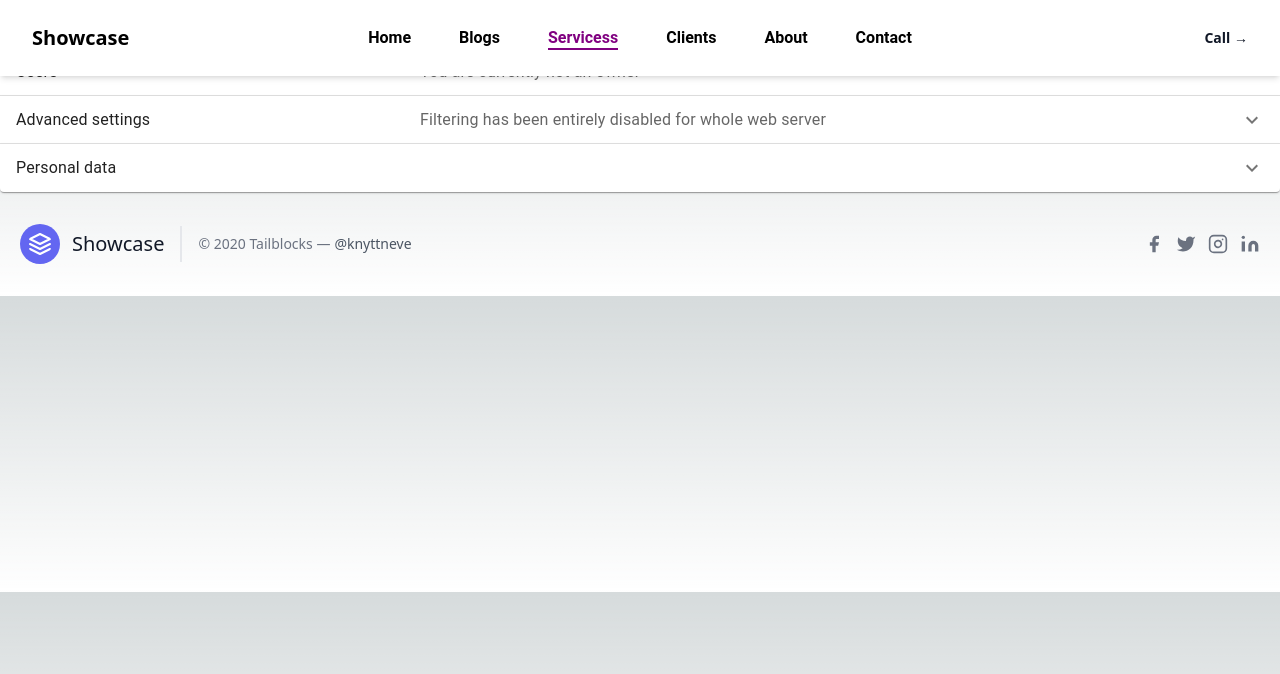
Repository: prashant523580/showcase
Page: /services
These files come from the project's save history. The page is drawn as it stood at one moment and after the next save; the edit follows.
The browser window is 1280 px wide. The pictures show the whole page.
The project was rebuilt for these pictures with package versions that can differ from the ones it lists, and the page was loaded fresh each time. The framework's server and built-in components were replaced by stand-ins that run in the browser. Also part of the build but not shown: next.config.js.

Above is the page before, as saved 2023-03-25 17:50:16.

### src/pages/_app.tsx
import Footer from '@/components/Footer'
import Navbar from '@/components/Navbar'
import React from "react";
import '@/styles/globals.css'
import type { AppProps } from 'next/app'
import AOS from "aos";
import "aos/dist/aos.css"
export default function App({ Component, pageProps }: AppProps) {
  React.useEffect(()=>{
      AOS.init()
  },[])
  return(
<>
    <Navbar/>
    <Component {...pageProps} />
    <Footer/>
</>
    )
}

### src/pages/services.tsx
import * as React from 'react';
import Accordion from '@mui/material/Accordion';
import AccordionDetails from '@mui/material/AccordionDetails';
import AccordionSummary from '@mui/material/AccordionSummary';
import Typography from '@mui/material/Typography';
import ExpandMoreIcon from '@mui/icons-material/ExpandMore';
const services = [
    {
        id:"1",
        label: "Service 1",
        icon:"icon",
        description:"serices description"
    },
    {
        id:"2",
        label: "Service 1",
        icon:"icon",
        description:"serices description"
    },
    {
        id:"3",
        label: "Service 1",
        icon:"icon",
        description:"serices description"
    },
    {
        id:"4",
        label: "Service 1",
        icon:"icon",
        description:"serices description"
    },
    {
        id:"5",
        label: "Service 1",
        icon:"icon",
        description:"serices description"
    },
    {
        id:"6",
        label: "Service 1",
        icon:"icon",
        description:"serices description"
    },
    {
        id:"7",
        label: "Service 1",
        icon:"icon",
        description:"serices description"
    },
]
export default function Sercices() {
  const [expanded, setExpanded] = React.useState<string | false>(false);

  const handleChange =
    (panel: string) => (event: React.SyntheticEvent, isExpanded: boolean) => {
      setExpanded(isExpanded ? panel : false);
    };

  return (
    <div>
      <Accordion expanded={expanded === 'panel1'} onChange={handleChange('panel1')}>
        <AccordionSummary
          expandIcon={<ExpandMoreIcon />}
          aria-controls="panel1bh-content"
          id="panel1bh-header"
        >
          <Typography sx={{ width: '33%', flexShrink: 0 }}>
            General settings
          </Typography>
          <Typography sx={{ color: 'text.secondary' }}>I am an accordion</Typography>
        </AccordionSummary>
        <AccordionDetails>
          <Typography>
            Nulla facilisi. Phasellus sollicitudin nulla et quam mattis feugiat.
            Aliquam eget maximus est, id dignissim quam.
          </Typography>
        </AccordionDetails>
      </Accordion>
      <Accordion expanded={expanded === 'panel2'} onChange={handleChange('panel2')}>
        <AccordionSummary
          expandIcon={<ExpandMoreIcon />}
          aria-controls="panel2bh-content"
          id="panel2bh-header"
        >
          <Typography sx={{ width: '33%', flexShrink: 0 }}>Users</Typography>
          <Typography sx={{ color: 'text.secondary' }}>
            You are currently not an owner
          </Typography>
        </AccordionSummary>
        <AccordionDetails>
          <Typography>
            Donec placerat, lectus sed mattis semper, neque lectus feugiat lectus,
            varius pulvinar diam eros in elit. Pellentesque convallis laoreet
            laoreet.
          </Typography>
        </AccordionDetails>
      </Accordion>
      <Accordion expanded={expanded === 'panel3'} onChange={handleChange('panel3')}>
        <AccordionSummary
          expandIcon={<ExpandMoreIcon />}
          aria-controls="panel3bh-content"
          id="panel3bh-header"
        >
          <Typography sx={{ width: '33%', flexShrink: 0 }}>
            Advanced settings
          </Typography>
          <Typography sx={{ color: 'text.secondary' }}>
            Filtering has been entirely disabled for whole web server
          </Typography>
        </AccordionSummary>
        <AccordionDetails>
          <Typography>
            Nunc vitae orci ultricies, auctor nunc in, volutpat nisl. Integer sit
            amet egestas eros, vitae egestas augue. Duis vel est augue.
          </Typography>
        </AccordionDetails>
      </Accordion>
      <Accordion expanded={expanded === 'panel4'} onChange={handleChange('panel4')}>
        <AccordionSummary
          expandIcon={<ExpandMoreIcon />}
          aria-controls="panel4bh-content"
          id="panel4bh-header"
        >
          <Typography sx={{ width: '33%', flexShrink: 0 }}>Personal data</Typography>
        </AccordionSummary>
        <AccordionDetails>
          <Typography>
            Nunc vitae orci ultricies, auctor nunc in, volutpat nisl. Integer sit
            amet egestas eros, vitae egestas augue. Duis vel est augue.
          </Typography>
        </AccordionDetails>
      </Accordion>
    </div>
  );
}

### src/components/Footer.tsx
import React from 'react'

export default function Footer() {
  return (
    <footer className="text-gray-600 body-font">
  <div className="container px-5 py-8 mx-auto flex items-center sm:flex-row flex-col">
    <a className="flex title-font font-medium items-center md:justify-start justify-center text-gray-900">
      <svg xmlns="http://www.w3.org/2000/svg" fill="none" stroke="currentColor" stroke-linecap="round" stroke-linejoin="round" stroke-width="2" className="w-10 h-10 text-white p-2 bg-indigo-500 rounded-full" viewBox="0 0 24 24">
        <path d="M12 2L2 7l10 5 10-5-10-5zM2 17l10 5 10-5M2 12l10 5 10-5"></path>
      </svg>
      <span className="ml-3 text-xl">Showcase</span>
    </a>
    <p className="text-sm text-gray-500 sm:ml-4 sm:pl-4 sm:border-l-2 sm:border-gray-200 sm:py-2 sm:mt-0 mt-4">© 2020 Tailblocks —
      <a href="https://twitter.com/knyttneve" className="text-gray-600 ml-1" rel="noopener noreferrer" target="_blank">@knyttneve</a>
    </p>
    <span className="inline-flex sm:ml-auto sm:mt-0 mt-4 justify-center sm:justify-start">
      <a className="text-gray-500">
        <svg fill="currentColor" stroke-linecap="round" stroke-linejoin="round" stroke-width="2" className="w-5 h-5" viewBox="0 0 24 24">
          <path d="M18 2h-3a5 5 0 00-5 5v3H7v4h3v8h4v-8h3l1-4h-4V7a1 1 0 011-1h3z"></path>
        </svg>
      </a>
      <a className="ml-3 text-gray-500">
        <svg fill="currentColor" stroke-linecap="round" stroke-linejoin="round" stroke-width="2" className="w-5 h-5" viewBox="0 0 24 24">
          <path d="M23 3a10.9 10.9 0 01-3.14 1.53 4.48 4.48 0 00-7.86 3v1A10.66 10.66 0 013 4s-4 9 5 13a11.64 11.64 0 01-7 2c9 5 20 0 20-11.5a4.5 4.5 0 00-.08-.83A7.72 7.72 0 0023 3z"></path>
        </svg>
      </a>
      <a className="ml-3 text-gray-500">
        <svg fill="none" stroke="currentColor" stroke-linecap="round" stroke-linejoin="round" stroke-width="2" className="w-5 h-5" viewBox="0 0 24 24">
          <rect width="20" height="20" x="2" y="2" rx="5" ry="5"></rect>
          <path d="M16 11.37A4 4 0 1112.63 8 4 4 0 0116 11.37zm1.5-4.87h.01"></path>
        </svg>
      </a>
      <a className="ml-3 text-gray-500">
        <svg fill="currentColor" stroke="currentColor" stroke-linecap="round" stroke-linejoin="round" stroke-width="0" className="w-5 h-5" viewBox="0 0 24 24">
          <path stroke="none" d="M16 8a6 6 0 016 6v7h-4v-7a2 2 0 00-2-2 2 2 0 00-2 2v7h-4v-7a6 6 0 016-6zM2 9h4v12H2z"></path>
          <circle cx="4" cy="4" r="2" stroke="none"></circle>
        </svg>
      </a>
    </span>
  </div>
</footer>
  )
}

### src/components/Navbar.tsx
// import React from 'react'

// export default function Navbar() {
//   return (
//     <header className="text-gray-600 body-font">
//   <div className="container mx-auto flex flex-wrap p-5 flex-col md:flex-row items-center">
//     <nav className="flex lg:w-2/5 flex-wrap items-center text-base md:ml-auto">
//       <a className="mr-5 hover:text-gray-900">First Link</a>
//       <a className="mr-5 hover:text-gray-900">Second Link</a>
//       <a className="mr-5 hover:text-gray-900">Third Link</a>
//       <a className="hover:text-gray-900">Fourth Link</a>
//     </nav>
//     <a className="flex order-first lg:order-none lg:w-1/5 title-font font-medium items-center text-gray-900 lg:items-center lg:justify-center mb-4 md:mb-0">
//       <svg xmlns="http://www.w3.org/2000/svg" fill="none" stroke="currentColor" stroke-linecap="round" stroke-linejoin="round" stroke-width="2" className="w-10 h-10 text-white p-2 bg-indigo-500 rounded-full" viewBox="0 0 24 24">
//         <path d="M12 2L2 7l10 5 10-5-10-5zM2 17l10 5 10-5M2 12l10 5 10-5"></path>
//       </svg>
//       <span className="ml-3 text-xl">Tailblocks</span>
//     </a>
//     <div className="lg:w-2/5 inline-flex lg:justify-end ml-5 lg:ml-0">
//       <button className="inline-flex items-center bg-gray-100 border-0 py-1 px-3 focus:outline-none hover:bg-gray-200 rounded text-base mt-4 md:mt-0">Button
//         <svg fill="none" stroke="currentColor" stroke-linecap="round" stroke-linejoin="round" stroke-width="2" className="w-4 h-4 ml-1" viewBox="0 0 24 24">
//           <path d="M5 12h14M12 5l7 7-7 7"></path>
//         </svg>
//       </button>
//     </div>
//   </div>
// </header>
//   )
// }
import React, { useState } from 'react'
import {useRouter} from "next/router"
import { Dialog } from '@headlessui/react'
import { Bars3Icon, XMarkIcon } from '@heroicons/react/24/outline'
import Link from 'next/link'

const navigation = [
  { name: 'Home', href: '/' },
  { name: 'Blogs', href: '/blogs' },
  { name: 'Servicess', href: '/services' },
  { name: 'Clients', href: '/clients' },
  { name: 'About', href: '/about' },
  { name: 'Contact', href: '/contact' },
]
function ActiveLink({ children, href } : any) {
  const router = useRouter();
  const style = {
      // padding: 10,
    // marginRight: 10,
    fontWeight:"bold",
    color: router.asPath === href ? 'purple' : 'black',
    boxShadow:  router.asPath === href ? "inset 0 -2px 0 0 purple" : "none",
    fontFamily: "'Roboto', sans-serif",
  }

  const handleClick = (e : any) => {
    e.preventDefault()
    router.push(href)
  }

  return (
    <a href={href} onClick={handleClick} style={style}>
      {children}
    </a>
  )
}
export default function Example() {
  const [mobileMenuOpen, setMobileMenuOpen] = useState(false)

  return (
    <div className="bg-white">
      <header className="absolute shadow-md bg-white inset-x-0 top-0 z-50">
        <nav className="flex items-center justify-between p-6 lg:px-8" aria-label="Global">
          <div className="flex lg:flex-1">
            <Link href="/" className="-m-1.5 p-1.5">
              <span className="sr-only">Showcase</span>
              {/* <img
                className="h-8 w-auto"
                src="https://tailwindui.com/img/logos/mark.svg?color=indigo&shade=600"
                alt=""
              /> */}
              <h1 className='font-bold text-xl'>Showcase</h1>
            </Link>
          </div>
          <div className="flex lg:hidden">
            <button
              type="button"
              className="-m-2.5 inline-flex items-center justify-center rounded-md p-2.5 text-gray-700"
              onClick={() => setMobileMenuOpen(true)}
            >
              <span className="sr-only">Open main menu</span>
              <Bars3Icon className="h-6 w-6" aria-hidden="true" />
            </button>
          </div>
          <div className="hidden lg:flex lg:gap-x-12">
            {navigation.map((item) => (
              <ActiveLink key={item.name} href={item.href}>
                {item.name}
              </ActiveLink>
            ))}
          </div>
          <div className="hidden lg:flex lg:flex-1 lg:justify-end">
            <Link href="tel:+9779816514719" className="text-sm font-semibold leading-6 text-gray-900">
              Call <span aria-hidden="true">&rarr;</span>
            </Link>
          </div>
        </nav>
        <Dialog as="div" className="lg:hidden transition-all" open={mobileMenuOpen} onClose={setMobileMenuOpen}>
          <div className="fixed inset-0 z-50  transition-all" />
          <Dialog.Panel className="fixed transition-all inset-y-0 right-0 z-50 w-full overflow-y-auto bg-white px-6 py-6 sm:max-w-sm sm:ring-1 sm:ring-gray-900/10">
            <div className="flex items-center justify-between">
              <Link href="#" className="-m-1.5 p-1.5">
                <span className="sr-only">Showcase</span>
                <img
                  className="h-8 w-auto"
                  src="https://tailwindui.com/img/logos/mark.svg?color=indigo&shade=600"
                  alt=""
                />
              </Link>
              <button
                type="button"
                className="-m-2.5 rounded-md p-2.5 text-gray-700"
                onClick={() => setMobileMenuOpen(false)}
              >
                <span className="sr-only">Close menu</span>
                <XMarkIcon className="h-6 w-6" aria-hidden="true" />
              </button>
            </div>
            <div className="mt-6 flow-root">
              <div className="-my-6 divide-y divide-gray-500/10">
                <div className="space-y-2 py-6">
                  {navigation.map((item) => (
                    <Link
                      key={item.name}
                      href={item.href}
                      className="-mx-3 block rounded-lg py-2 px-3 text-base font-semibold leading-7 text-gray-900 hover:bg-gray-50"
                    >
                      {item.name}
                    </Link>
                  ))}
                </div>
                <div className="py-6">
                  <Link
                    href="#"
                    className="-mx-3 block rounded-lg py-2.5 px-3 text-base font-semibold leading-7 text-gray-900 hover:bg-gray-50"
                  >
                    Log in
                  </Link>
                </div>
              </div>
            </div>
          </Dialog.Panel>
        </Dialog>
      </header>


    </div>
  )
}

### src/styles/globals.css
@tailwind base;
@tailwind components;
@tailwind utilities;
@import url('https://fonts.googleapis.com/css2?family=Aclonica&family=Caveat&family=DM+Serif+Text&family=Oswald&family=Roboto&family=Vollkorn&display=swap');

:root {
  --max-width: 1100px;
  --border-radius: 12px;
  --font-mono: ui-monospace, Menlo, Monaco, 'Cascadia Mono', 'Segoe UI Mono',
    'Roboto Mono', 'Oxygen Mono', 'Ubuntu Monospace', 'Source Code Pro',
    'Fira Mono', 'Droid Sans Mono', 'Courier New', monospace;

  --foreground-rgb: 0, 0, 0;
  --background-start-rgb: 214, 219, 220;
  --background-end-rgb: 255, 255, 255;

  --primary-glow: conic-gradient(
    from 180deg at 50% 50%,
    #16abff33 0deg,
    #0885ff33 55deg,
    #54d6ff33 120deg,
    #0071ff33 160deg,
    transparent 360deg
  );
  --secondary-glow: radial-gradient(
    rgba(255, 255, 255, 1),
    rgba(255, 255, 255, 0)
  );

  --tile-start-rgb: 239, 245, 249;
  --tile-end-rgb: 228, 232, 233;
  --tile-border: conic-gradient(
    #00000080,
    #00000040,
    #00000030,
    #00000020,
    #00000010,
    #00000010,
    #00000080
  );

  --callout-rgb: 238, 240, 241;
  --callout-border-rgb: 172, 175, 176;
  --card-rgb: 180, 185, 188;
  --card-border-rgb: 131, 134, 135;
}

@media (prefers-color-scheme: dark) {
  :root {
    --foreground-rgb: 255, 255, 255;
    --background-start-rgb: 0, 0, 0;
    --background-end-rgb: 0, 0, 0;

    --primary-glow: radial-gradient(rgba(1, 65, 255, 0.4), rgba(1, 65, 255, 0));
    --secondary-glow: linear-gradient(
      to bottom right,
      rgba(1, 65, 255, 0),
      rgba(1, 65, 255, 0),
      rgba(1, 65, 255, 0.3)
    );

    --tile-start-rgb: 2, 13, 46;
    --tile-end-rgb: 2, 5, 19;
    --tile-border: conic-gradient(
      #ffffff80,
      #ffffff40,
      #ffffff30,
      #ffffff20,
      #ffffff10,
      #ffffff10,
      #ffffff80
    );

    --callout-rgb: 20, 20, 20;
    --callout-border-rgb: 108, 108, 108;
    --card-rgb: 100, 100, 100;
    --card-border-rgb: 200, 200, 200;
  }
}

* {
  box-sizing: border-box;
  padding: 0;
  margin: 0;
}

html,
body {
  max-width: 100vw;
  overflow-x: hidden;

}

body {
  color: rgb(var(--foreground-rgb));
  background: linear-gradient(
      to bottom,
      transparent,
      rgb(var(--background-end-rgb))
    )
    rgb(var(--background-start-rgb));
      /*
    font-family: 'Vollkorn', serif;
    font-family: 'Oswald', sans-serif;
    font-family: 'Aclonica', sans-serif;
    font-family: 'Caveat', cursive;
    font-family: 'DM Serif Text', serif;
    font-family: 'Roboto', sans-serif;
    */
}

a {
  color: inherit;
  text-decoration: none;
}

@media (prefers-color-scheme: dark) {
  html {
    color-scheme: dark;
  }
}

Loaded but not shown: src/pages/_document.tsx (common file); tailwind.config.js (common file)

After the next save:
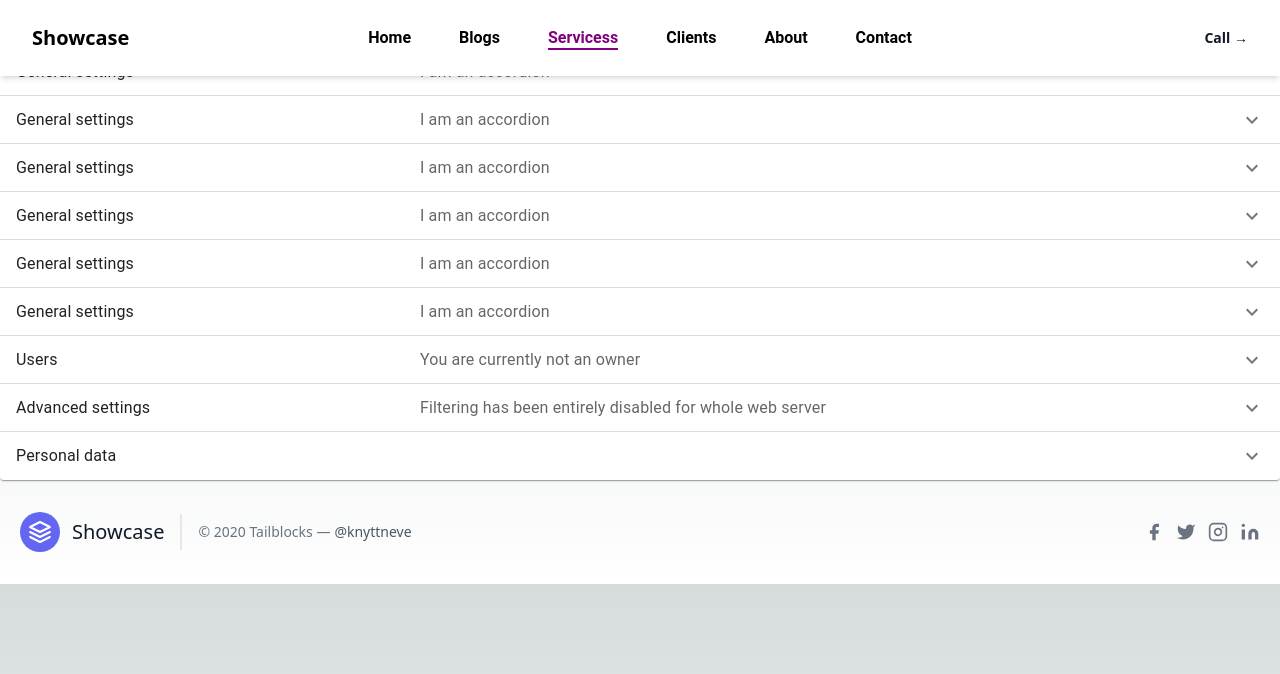
Saved 50 s later.
--- a/src/pages/services.tsx
+++ b/src/pages/services.tsx
@@ -58,24 +58,31 @@ export default function Sercices() {
 
   return (
     <div>
-      <Accordion expanded={expanded === 'panel1'} onChange={handleChange('panel1')}>
-        <AccordionSummary
-          expandIcon={<ExpandMoreIcon />}
-          aria-controls="panel1bh-content"
-          id="panel1bh-header"
-        >
-          <Typography sx={{ width: '33%', flexShrink: 0 }}>
-            General settings
-          </Typography>
-          <Typography sx={{ color: 'text.secondary' }}>I am an accordion</Typography>
-        </AccordionSummary>
-        <AccordionDetails>
-          <Typography>
-            Nulla facilisi. Phasellus sollicitudin nulla et quam mattis feugiat.
-            Aliquam eget maximus est, id dignissim quam.
-          </Typography>
-        </AccordionDetails>
-      </Accordion>
+        {
+            services.map((service,ind) => {
+                return(
+
+                <Accordion expanded={expanded === 'panel1'} onChange={handleChange('panel1')}>
+                    <AccordionSummary
+                    expandIcon={<ExpandMoreIcon />}
+                    aria-controls="panel1bh-content"
+                    id="panel1bh-header"
+                    >
+                    <Typography sx={{ width: '33%', flexShrink: 0 }}>
+                        General settings
+                    </Typography>
+                    <Typography sx={{ color: 'text.secondary' }}>I am an accordion</Typography>
+                    </AccordionSummary>
+                    <AccordionDetails>
+                    <Typography>
+                        Nulla facilisi. Phasellus sollicitudin nulla et quam mattis feugiat.
+                        Aliquam eget maximus est, id dignissim quam.
+                    </Typography>
+                    </AccordionDetails>
+                </Accordion>
+                )
+            })
+        }
       <Accordion expanded={expanded === 'panel2'} onChange={handleChange('panel2')}>
         <AccordionSummary
           expandIcon={<ExpandMoreIcon />}
